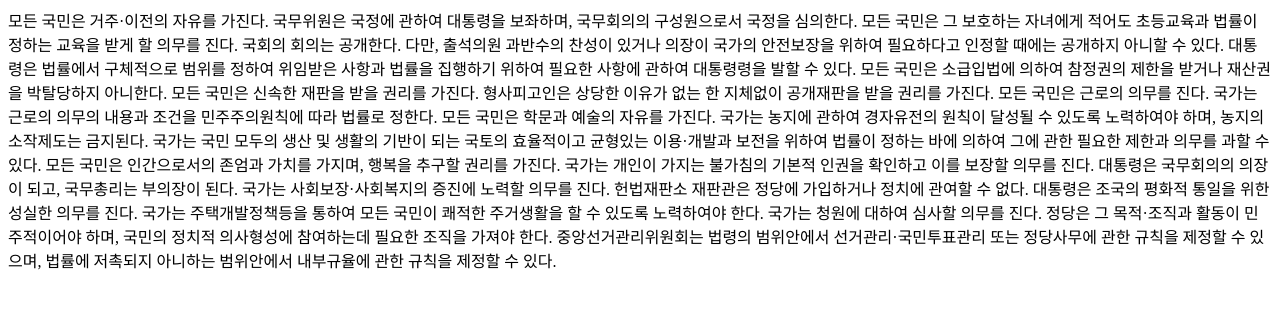
Repository: daehyeonhong/HTML
Page: ch04/WebContent/css/columncount.html
An editor plug-in stored every save of this project. The page is shown before and after the next save, followed by the edit.
The browser window is 1280 px wide. The pictures show the whole page.

Above is the page before, as saved 2020-05-19 06:21:48.

After the next save:
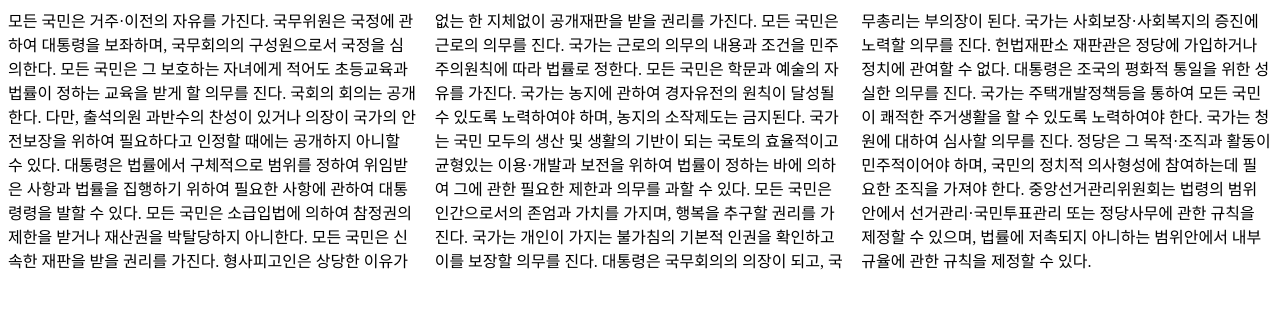
Saved 24 s later.
--- a/ch04/WebContent/css/columncount.html
+++ b/ch04/WebContent/css/columncount.html
@@ -10,22 +10,22 @@
 </style>
 </head>
 <body>
-	<div class="p"></div>
-	모든 국민은 거주·이전의 자유를 가진다. 국무위원은 국정에 관하여 대통령을 보좌하며, 국무회의의 구성원으로서 국정을 심의한다.
-	모든 국민은 그 보호하는 자녀에게 적어도 초등교육과 법률이 정하는 교육을 받게 할 의무를 진다. 국회의 회의는 공개한다. 다만,
-	출석의원 과반수의 찬성이 있거나 의장이 국가의 안전보장을 위하여 필요하다고 인정할 때에는 공개하지 아니할 수 있다. 대통령은
-	법률에서 구체적으로 범위를 정하여 위임받은 사항과 법률을 집행하기 위하여 필요한 사항에 관하여 대통령령을 발할 수 있다. 모든
-	국민은 소급입법에 의하여 참정권의 제한을 받거나 재산권을 박탈당하지 아니한다. 모든 국민은 신속한 재판을 받을 권리를 가진다.
-	형사피고인은 상당한 이유가 없는 한 지체없이 공개재판을 받을 권리를 가진다. 모든 국민은 근로의 의무를 진다. 국가는 근로의
-	의무의 내용과 조건을 민주주의원칙에 따라 법률로 정한다. 모든 국민은 학문과 예술의 자유를 가진다. 국가는 농지에 관하여
-	경자유전의 원칙이 달성될 수 있도록 노력하여야 하며, 농지의 소작제도는 금지된다. 국가는 국민 모두의 생산 및 생활의 기반이
-	되는 국토의 효율적이고 균형있는 이용·개발과 보전을 위하여 법률이 정하는 바에 의하여 그에 관한 필요한 제한과 의무를 과할 수
-	있다. 모든 국민은 인간으로서의 존엄과 가치를 가지며, 행복을 추구할 권리를 가진다. 국가는 개인이 가지는 불가침의 기본적
-	인권을 확인하고 이를 보장할 의무를 진다. 대통령은 국무회의의 의장이 되고, 국무총리는 부의장이 된다. 국가는
-	사회보장·사회복지의 증진에 노력할 의무를 진다. 헌법재판소 재판관은 정당에 가입하거나 정치에 관여할 수 없다. 대통령은 조국의
-	평화적 통일을 위한 성실한 의무를 진다. 국가는 주택개발정책등을 통하여 모든 국민이 쾌적한 주거생활을 할 수 있도록 노력하여야
-	한다. 국가는 청원에 대하여 심사할 의무를 진다. 정당은 그 목적·조직과 활동이 민주적이어야 하며, 국민의 정치적 의사형성에
-	참여하는데 필요한 조직을 가져야 한다. 중앙선거관리위원회는 법령의 범위안에서 선거관리·국민투표관리 또는 정당사무에 관한 규칙을
-	제정할 수 있으며, 법률에 저촉되지 아니하는 범위안에서 내부규율에 관한 규칙을 제정할 수 있다.
+	<div class="p">모든 국민은 거주·이전의 자유를 가진다. 국무위원은 국정에 관하여 대통령을 보좌하며,
+		국무회의의 구성원으로서 국정을 심의한다. 모든 국민은 그 보호하는 자녀에게 적어도 초등교육과 법률이 정하는 교육을 받게 할
+		의무를 진다. 국회의 회의는 공개한다. 다만, 출석의원 과반수의 찬성이 있거나 의장이 국가의 안전보장을 위하여 필요하다고
+		인정할 때에는 공개하지 아니할 수 있다. 대통령은 법률에서 구체적으로 범위를 정하여 위임받은 사항과 법률을 집행하기 위하여
+		필요한 사항에 관하여 대통령령을 발할 수 있다. 모든 국민은 소급입법에 의하여 참정권의 제한을 받거나 재산권을 박탈당하지
+		아니한다. 모든 국민은 신속한 재판을 받을 권리를 가진다. 형사피고인은 상당한 이유가 없는 한 지체없이 공개재판을 받을 권리를
+		가진다. 모든 국민은 근로의 의무를 진다. 국가는 근로의 의무의 내용과 조건을 민주주의원칙에 따라 법률로 정한다. 모든 국민은
+		학문과 예술의 자유를 가진다. 국가는 농지에 관하여 경자유전의 원칙이 달성될 수 있도록 노력하여야 하며, 농지의 소작제도는
+		금지된다. 국가는 국민 모두의 생산 및 생활의 기반이 되는 국토의 효율적이고 균형있는 이용·개발과 보전을 위하여 법률이 정하는
+		바에 의하여 그에 관한 필요한 제한과 의무를 과할 수 있다. 모든 국민은 인간으로서의 존엄과 가치를 가지며, 행복을 추구할
+		권리를 가진다. 국가는 개인이 가지는 불가침의 기본적 인권을 확인하고 이를 보장할 의무를 진다. 대통령은 국무회의의 의장이
+		되고, 국무총리는 부의장이 된다. 국가는 사회보장·사회복지의 증진에 노력할 의무를 진다. 헌법재판소 재판관은 정당에 가입하거나
+		정치에 관여할 수 없다. 대통령은 조국의 평화적 통일을 위한 성실한 의무를 진다. 국가는 주택개발정책등을 통하여 모든 국민이
+		쾌적한 주거생활을 할 수 있도록 노력하여야 한다. 국가는 청원에 대하여 심사할 의무를 진다. 정당은 그 목적·조직과 활동이
+		민주적이어야 하며, 국민의 정치적 의사형성에 참여하는데 필요한 조직을 가져야 한다. 중앙선거관리위원회는 법령의 범위안에서
+		선거관리·국민투표관리 또는 정당사무에 관한 규칙을 제정할 수 있으며, 법률에 저촉되지 아니하는 범위안에서 내부규율에 관한
+		규칙을 제정할 수 있다.</div>
 </body>
 </html>
